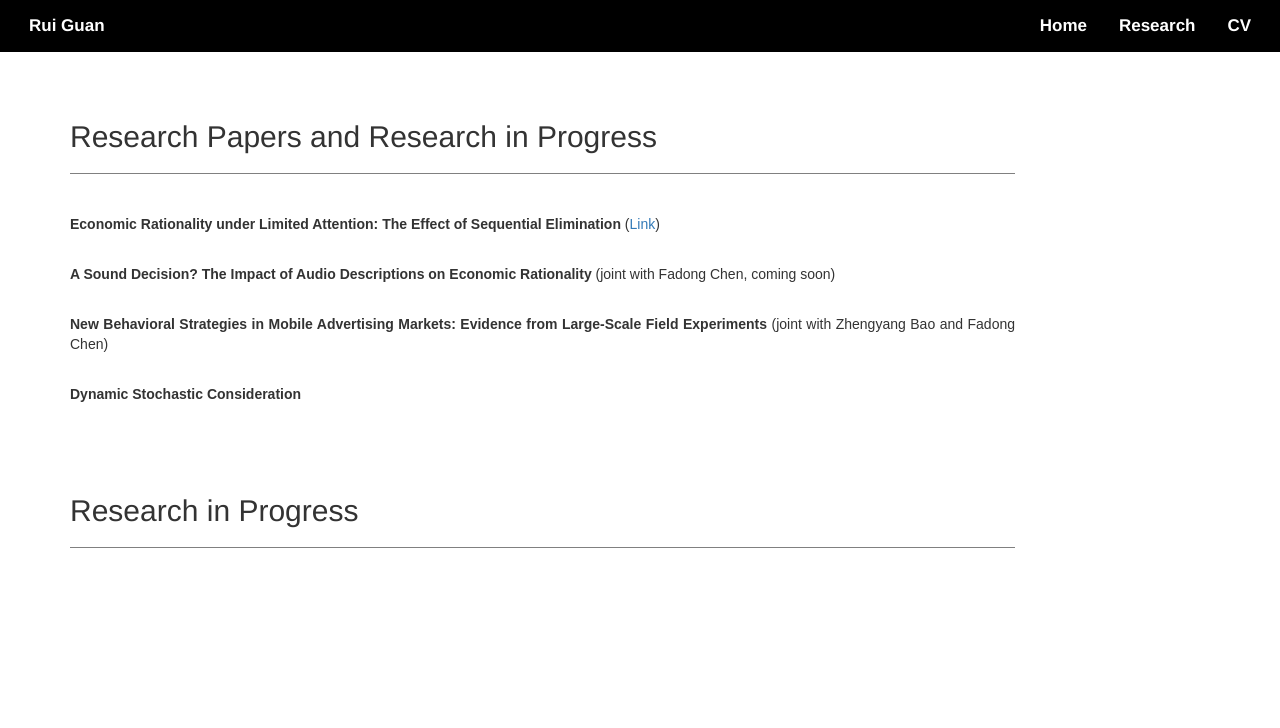
Repository: rui-guan/rui-guan.github.io
Page: research.html
An editor plug-in stored every save of this project. The page is shown before and after the next save, followed by the edit.
The browser window is 1280 px wide. The pictures show the whole page.

Above is the page before, as saved 2024-04-28 15:38:24.

After the next save:
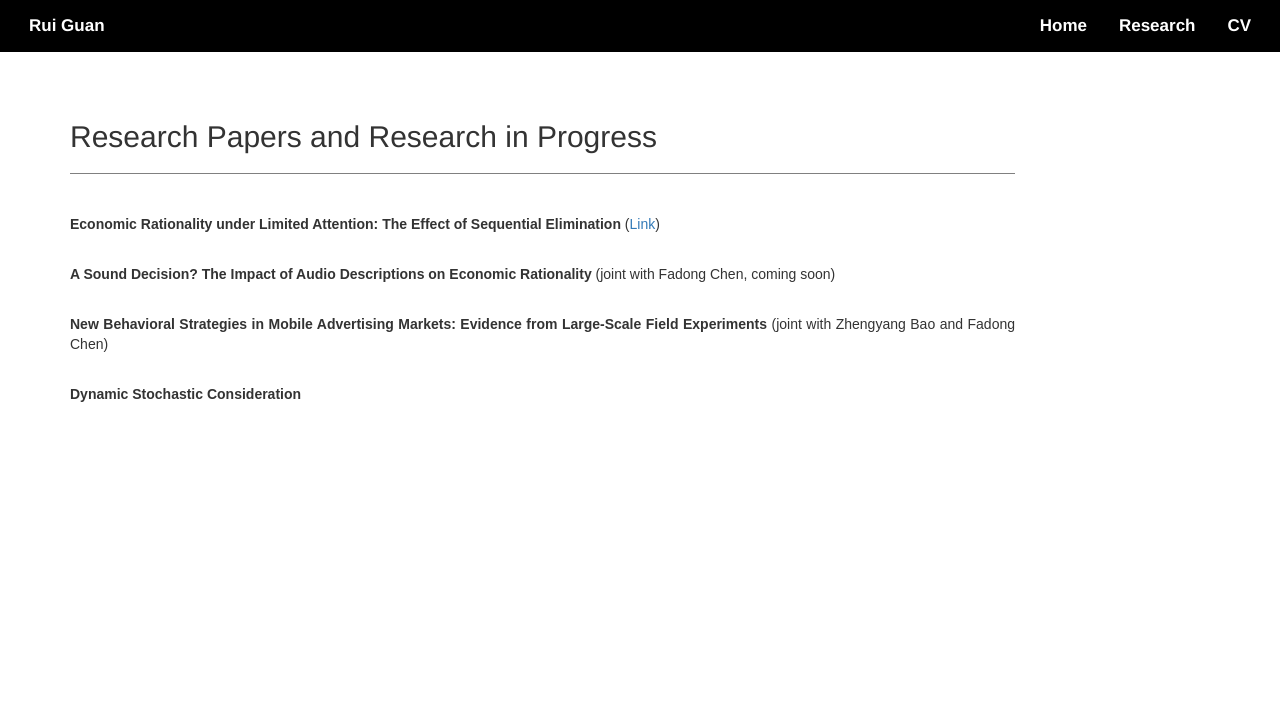
Saved 38 s later.
--- a/research.html
+++ b/research.html
@@ -102,19 +102,6 @@
                 <br>
                 <br>
                 <br>
-
-            <h2 id="slides">Research in Progress</h2>
-            <hr style="height:1px;border-width:0;color:gray;background-color:gray">
-
-            <br>
-            <br>
-            <br>
-            <br>
-            <br>
-            <br>
-            <br>
-            <br>
-
           </div>
         </div>
 
